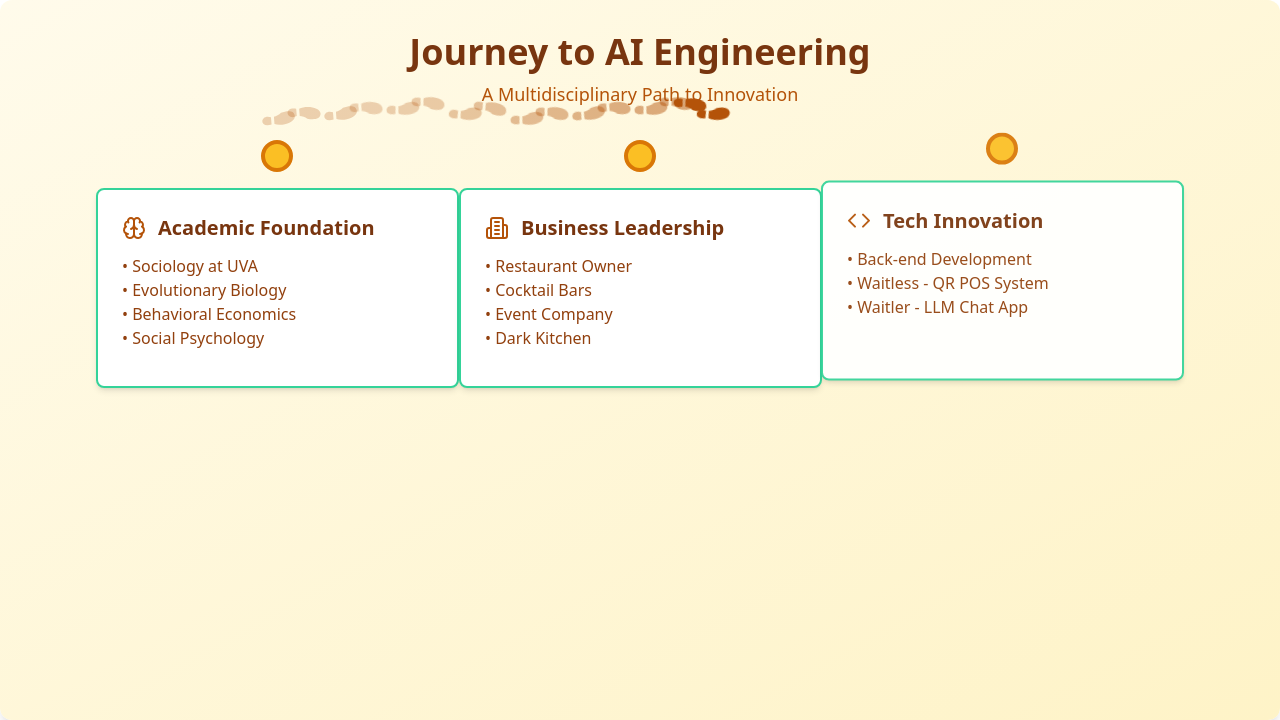
Repository: Galbaz1/dell_presentation
Page: /
These files come from the project's save history. The page is drawn as it stood at one moment and after the next save; the edit follows.
The browser window is 1280 px wide. The pictures show the whole page.
The project was rebuilt for these pictures with package versions that can differ from the ones it lists, and the page was loaded fresh each time. The framework's server and built-in components were replaced by stand-ins that run in the browser.

Above is the page before, as saved 2024-11-11 13:48:54.

After the next save:
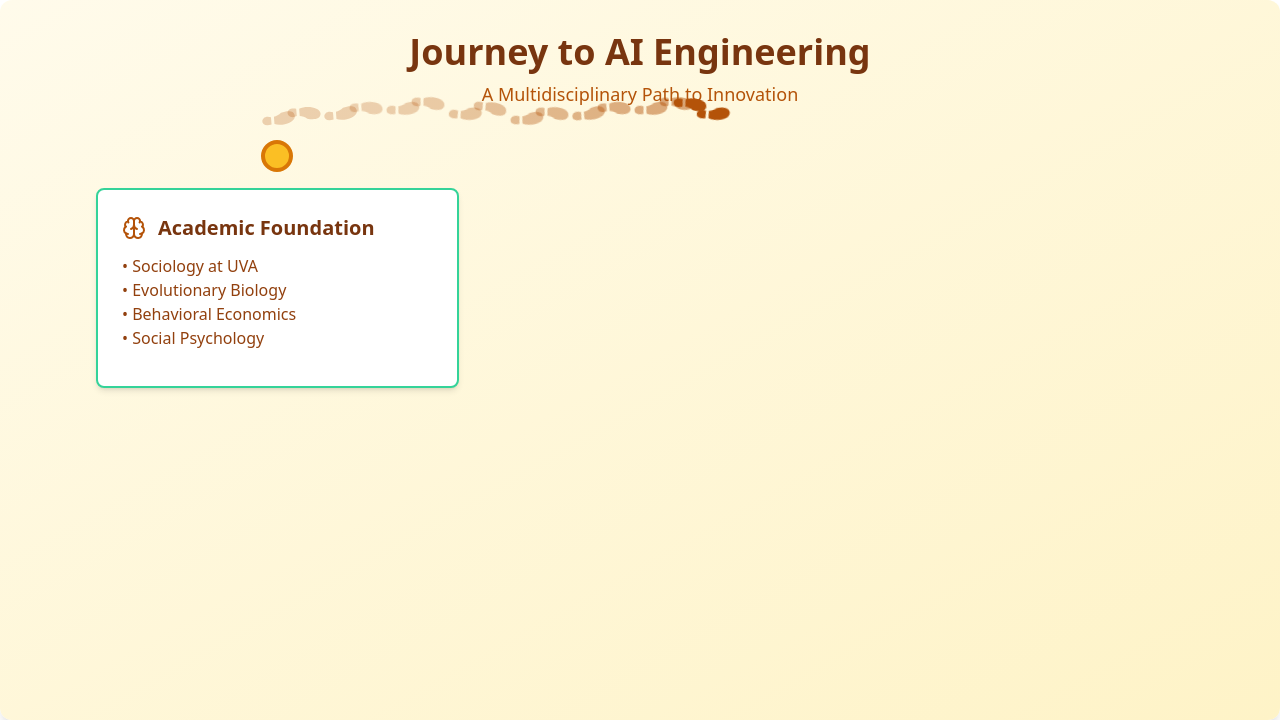
Saved 65 s later.
--- a/styles/speaker_intro.css
+++ b/styles/speaker_intro.css
@@ -63,11 +63,11 @@
 }
 
 .fall-animation-delay-1 {
-  animation-delay: 2s;
+  animation-delay: 7s;
 }
 
 .fall-animation-delay-2 {
-  animation-delay: 4s;
+  animation-delay: 14s;
 }
 
 .footsteps-path {
